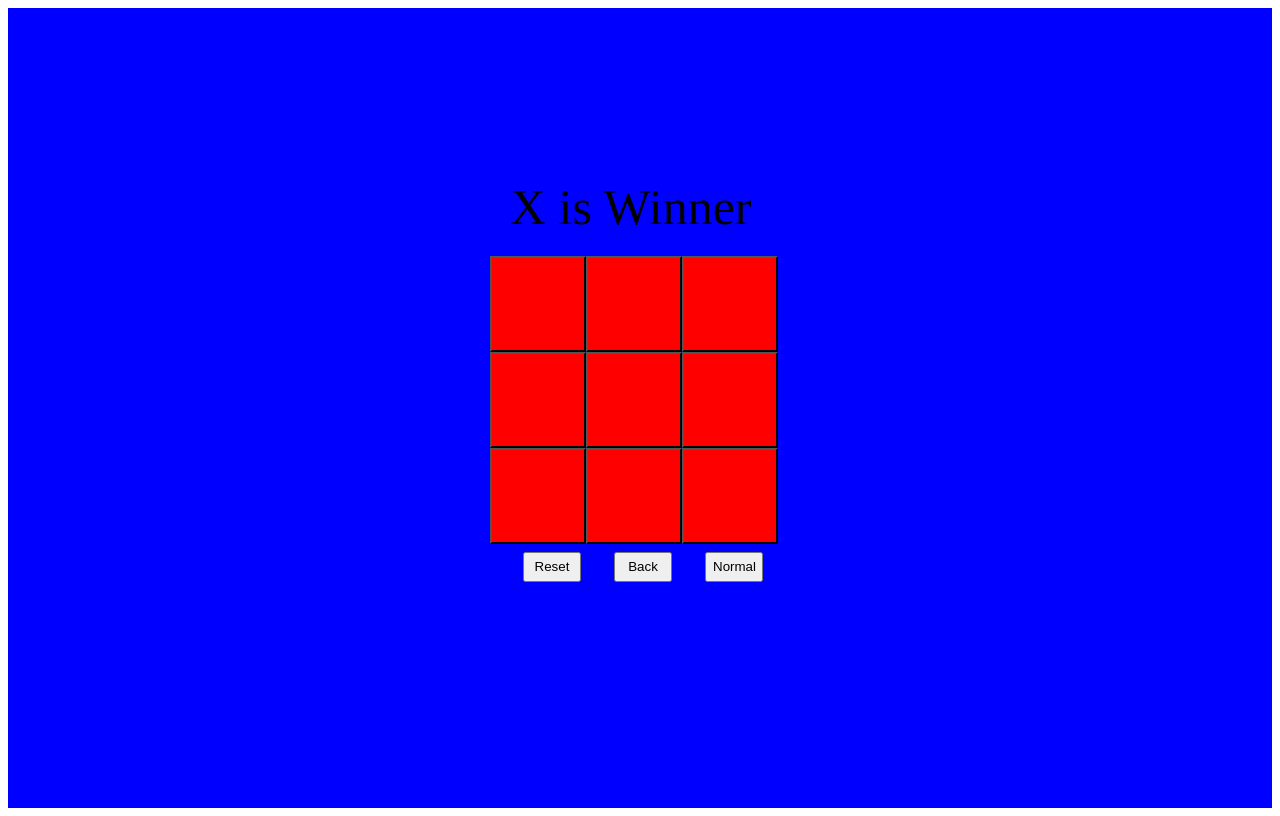
Repository: Mush-s/Folio-OX
Page: /game
The author's editor kept a copy of each file at every save. The page is drawn from the files as they stood at one save, then again after the next save.
The browser window is 1280 px wide. The pictures show the whole page.
The project was rebuilt for these pictures with package versions that can differ from the ones it lists, and the page was loaded fresh each time.

Above is the page before, as saved 2022-09-02 11:44:54.

After the next save:
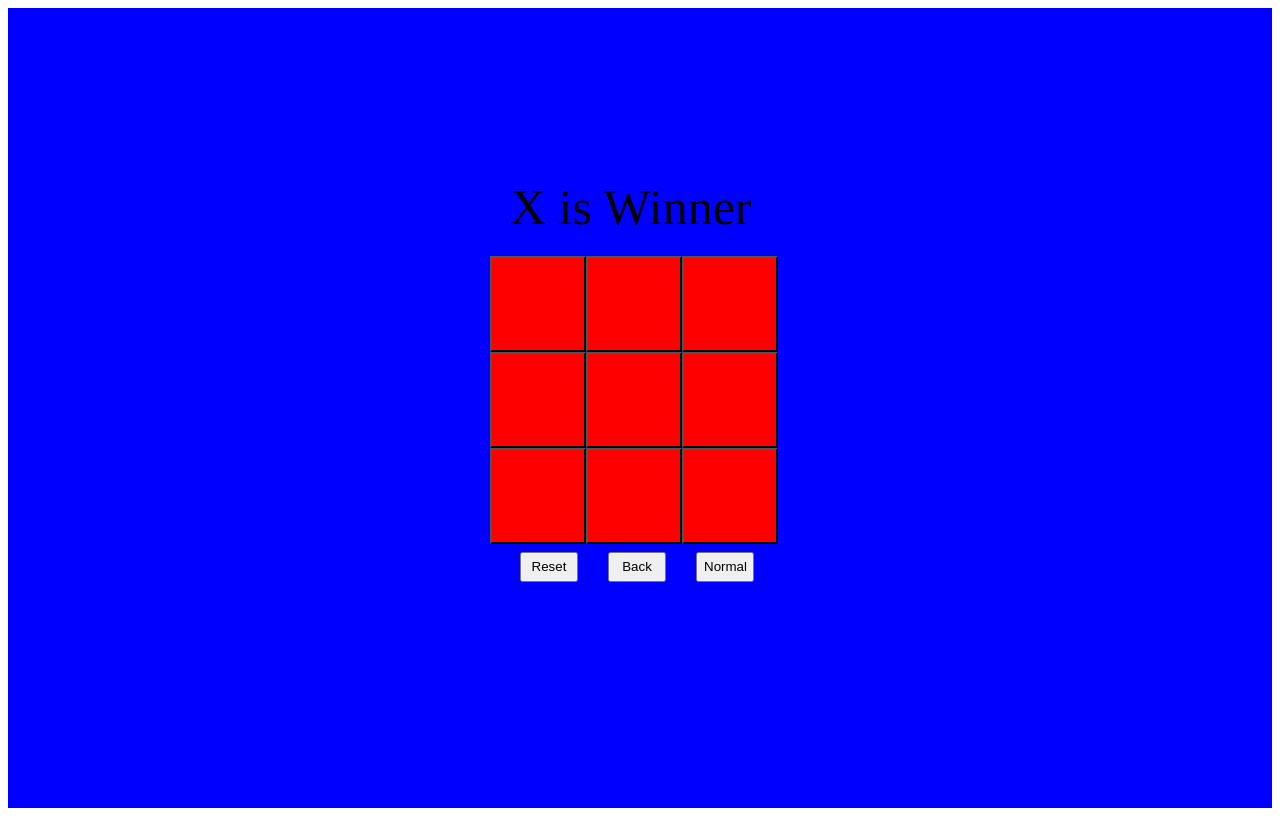
Saved 1 s later.
--- a/src/GameOver/GameOver.css
+++ b/src/GameOver/GameOver.css
@@ -6,5 +6,5 @@
 .gameover button {
   width: 58px;
   height: 30px;
-  margin-left: 33px;
+  margin-left: 30px;
 }
